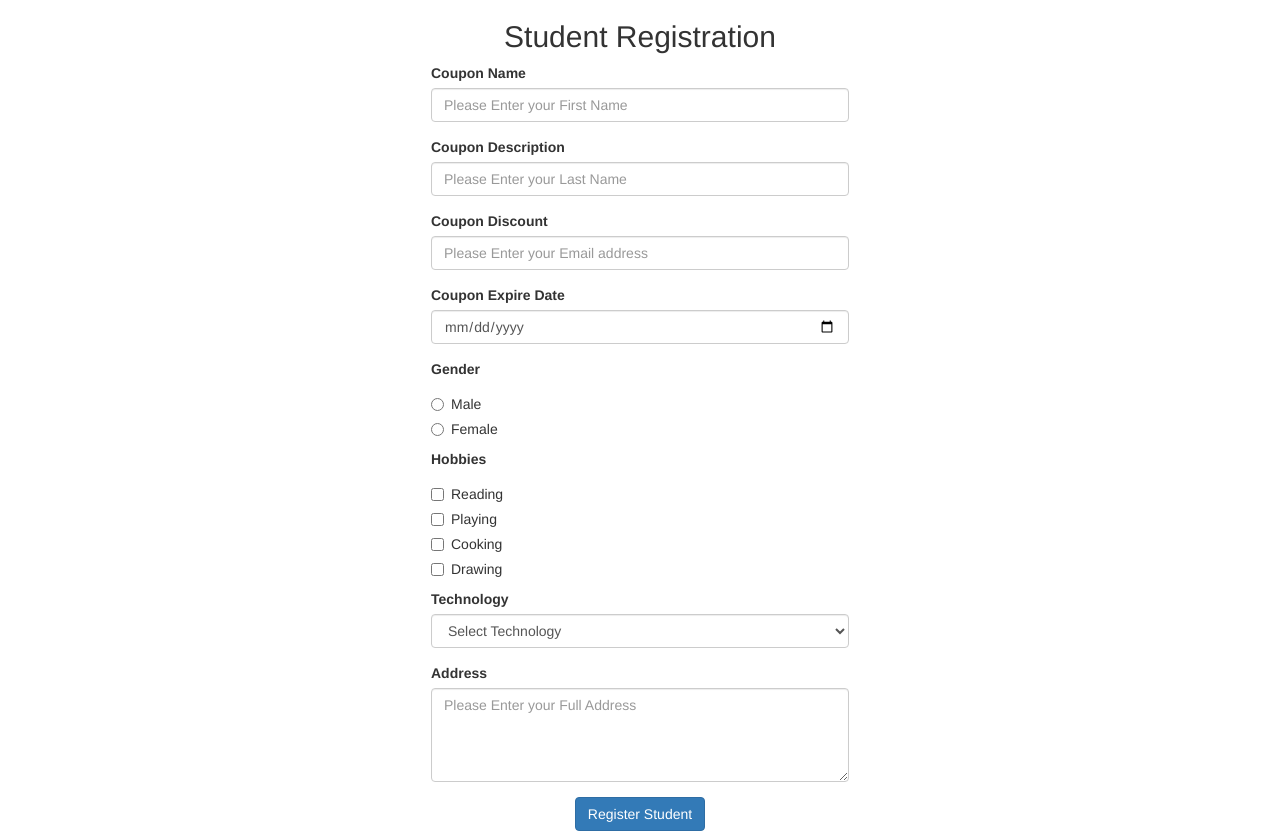
Repository: krutishilp/Sample
Page: http://localhost/couponandproductproject/createCoupon.jsp
These files come from the project's save history. The page is drawn as it stood at one moment and after the next save; the edit follows.
The browser window is 1280 px wide. The pictures show the whole page.
The page is served by Tomcat 9.

Above is the page before, as saved 2020-09-04 05:32:39.

After the next save:
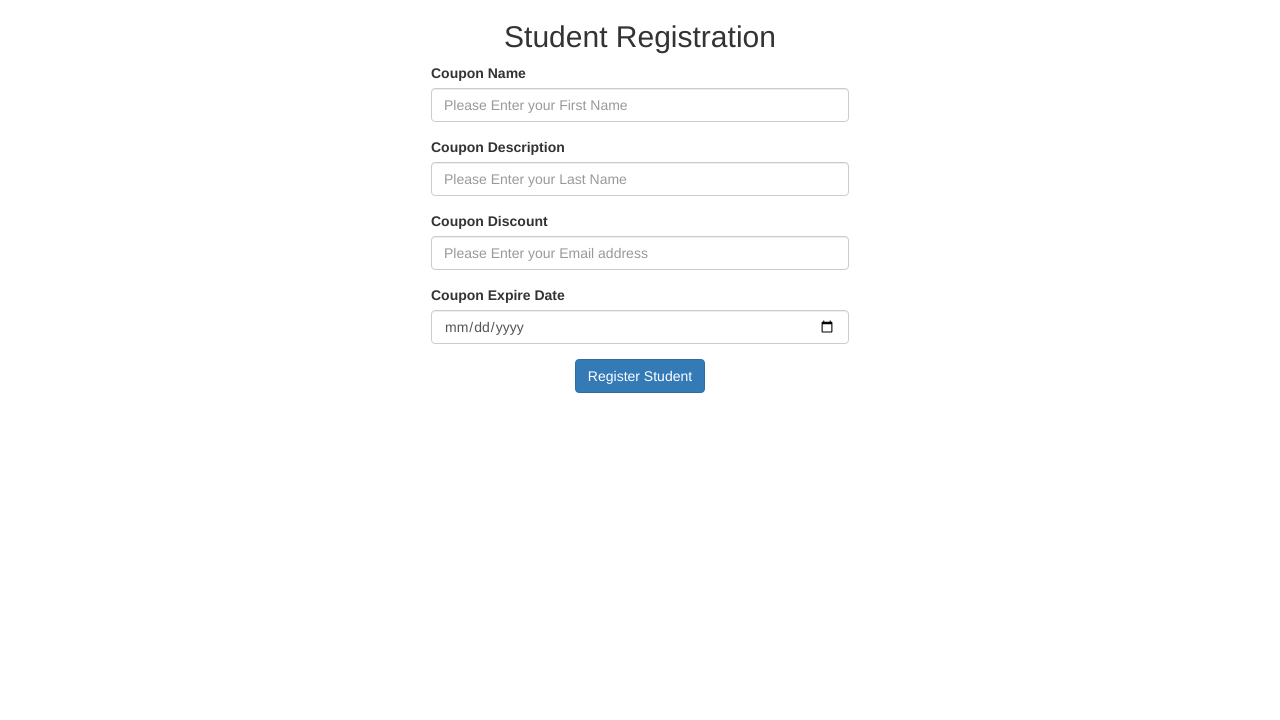
Saved 17 s later.
--- a/JAVA-Eclipse-workspace/couponandproductproject/src/main/webapp/createCoupon.jsp
+++ b/JAVA-Eclipse-workspace/couponandproductproject/src/main/webapp/createCoupon.jsp
@@ -43,55 +43,6 @@
 				<label for="couponEXPDate">Coupon Expire Date</label> <input type="date"
 					class="form-control" name="couponExpiryDate" id="couponEXPDate" required>
 			</div>
-			<div>
-				<label>Gender</label>
-				<div class="radio">
-					<label><input type="radio" name="gender" value="Male"
-						required>Male </label>
-				</div>
-				<div class="radio">
-					<label><input type="radio" name="gender" value="Female">Female
-					</label>
-				</div>
-			</div>
-			<div>
-				<label>Hobbies</label>
-				<div class="checkbox">
-					<label><input type="checkbox" name="hobbies"
-						value="Reading">Reading </label>
-				</div>
-				<div class="checkbox">
-					<label><input type="checkbox" name="hobbies"
-						value="Playing">Playing </label>
-				</div>
-				<div class="checkbox">
-					<label><input type="checkbox" name="hobbies"
-						value="Cooking">Cooking </label>
-				</div>
-
-				<div class="checkbox">
-					<label><input type="checkbox" name="hobbies"
-						value="Playing">Drawing </label>
-				</div>
-			</div>
-			<div class="form-group">
-				<label for="tech">Technology</label> <select name="technology"
-					class="form-control" id="tech">
-					<option>Select Technology</option>
-					<option value="C">C</option>
-					<option value="C++">C++</option>
-					<option value="Java">Core Java</option>
-					<option value="Python">Python</option>
-					<option value="Web">Web Technologies</option>
-				</select>
-			</div>
-
-			<div class="form-group">
-				<label for="addr">Address</label>
-				<textarea name="address" class="form-control" rows="4" id="addr"
-					required placeholder="Please Enter your Full Address"></textarea>
-			</div>
-
 			<div class="text-center">
 				<input type="submit" class="btn btn-primary"
 					value="Register Student">
